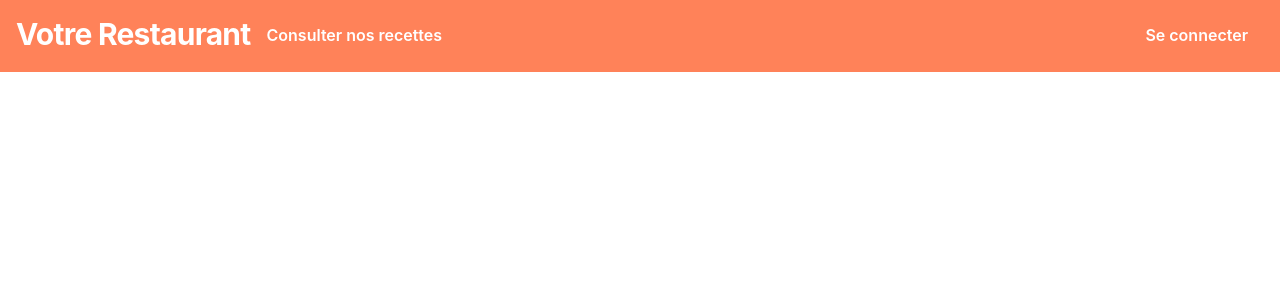
Repository: Ecaron76/tp-restau-next
Page: /
An editor plug-in stored every save of this project. The page is shown before and after the next save, followed by the edit.
The browser window is 1280 px wide. The pictures show the whole page.
The project was rebuilt for these pictures with package versions that can differ from the ones it lists, and the page was loaded fresh each time. The framework's server and built-in components were replaced by stand-ins that run in the browser. Also part of the build but not shown: next.config.mjs.

Above is the page before, as saved 2024-02-25 18:09:27.

### src/app/layout.tsx
'use client'

import { Inter } from "next/font/google";
import "./globals.css";
import { ChakraProvider, extendTheme  } from '@chakra-ui/react'
import Header from "@/components/Header/Header";
const theme = extendTheme({
  colors: {
    brand: {
      50: '#ffeee6',
      100: '#ffc7b7',
      200: '#ffa788',
      300: '#ff8259',
      400: '#ff5b29',
      500: '#ff3300',
      600: '#cc2900',
      700: '#991f00',
      800: '#661600',
      900: '#330c00',
    },
  },
});



export function Providers({ children }: { children: React.ReactNode }) {
  return <ChakraProvider theme={theme}>{children}</ChakraProvider>
}

export default function RootLayout({
  children,
}: Readonly<{
  children: React.ReactNode;
}>) {
  return (
    <html lang="en">
      <body>
        <Providers>{children}</Providers>
      </body>
    </html>
  );
}

### src/app/page.tsx
import Image from "next/image";

import Header from "@/components/Header/Header";

export default function Home() {
  return (
    <main >
      <Header />
    </main>
  );
}

### src/app/globals.css
:root {
  --max-width: 1100px;
  --border-radius: 12px;
  --font-mono: ui-monospace, Menlo, Monaco, "Cascadia Mono", "Segoe UI Mono",
    "Roboto Mono", "Oxygen Mono", "Ubuntu Monospace", "Source Code Pro",
    "Fira Mono", "Droid Sans Mono", "Courier New", monospace;

  --foreground-rgb: 0, 0, 0;
  --background-start-rgb: 214, 219, 220;
  --background-end-rgb: 255, 255, 255;

  --primary-glow: conic-gradient(
    from 180deg at 50% 50%,
    #16abff33 0deg,
    #0885ff33 55deg,
    #54d6ff33 120deg,
    #0071ff33 160deg,
    transparent 360deg
  );
  --secondary-glow: radial-gradient(
    rgba(255, 255, 255, 1),
    rgba(255, 255, 255, 0)
  );

  --tile-start-rgb: 239, 245, 249;
  --tile-end-rgb: 228, 232, 233;
  --tile-border: conic-gradient(
    #00000080,
    #00000040,
    #00000030,
    #00000020,
    #00000010,
    #00000010,
    #00000080
  );

  --callout-rgb: 238, 240, 241;
  --callout-border-rgb: 172, 175, 176;
  --card-rgb: 180, 185, 188;
  --card-border-rgb: 131, 134, 135;
}

@media (prefers-color-scheme: dark) {
  :root {
    --foreground-rgb: 255, 255, 255;
    --background-start-rgb: 0, 0, 0;
    --background-end-rgb: 0, 0, 0;

    --primary-glow: radial-gradient(rgba(1, 65, 255, 0.4), rgba(1, 65, 255, 0));
    --secondary-glow: linear-gradient(
      to bottom right,
      rgba(1, 65, 255, 0),
      rgba(1, 65, 255, 0),
      rgba(1, 65, 255, 0.3)
    );

    --tile-start-rgb: 2, 13, 46;
    --tile-end-rgb: 2, 5, 19;
    --tile-border: conic-gradient(
      #ffffff80,
      #ffffff40,
      #ffffff30,
      #ffffff20,
      #ffffff10,
      #ffffff10,
      #ffffff80
    );

    --callout-rgb: 20, 20, 20;
    --callout-border-rgb: 108, 108, 108;
    --card-rgb: 100, 100, 100;
    --card-border-rgb: 200, 200, 200;
  }
}

* {
  box-sizing: border-box;
  padding: 0;
  margin: 0;
}

html,
body {

  overflow-x: hidden;
}

body {
  color: rgb(var(--foreground-rgb));
  background: linear-gradient(
      to bottom,
      transparent,
      rgb(var(--background-end-rgb))
    )
    rgb(var(--background-start-rgb));
}

a {
  color: inherit;
  text-decoration: none;
}

@media (prefers-color-scheme: dark) {
  html {
    color-scheme: dark;
  }
}

### src/components/Header/Header.tsx
import { Box, Flex, Heading, Spacer, Button } from '@chakra-ui/react';
import NextLink from 'next/link'; // Pour gérer la navigation entre les pages

const Header = () => {
  return (
    <Box bg="brand.300" p={4} color="white">
      <Flex alignItems="center" maxW="100%"  justifyContent='space-between'>
        {/* Logo ou Nom du restaurant */}
        <Box display={'flex'}>
        <Heading as="h1" size="lg" letterSpacing="tight">
          <NextLink href="/" passHref>
              Votre Restaurant
          </NextLink>
        </Heading>
        <Box>
          <NextLink href="/recettes" passHref>
            <Button  variant="ghost" color={'white'}>
              Consulter nos recettes
            </Button>
          </NextLink>
        </Box>
        </Box>
        <Box>
          <NextLink href="/login" passHref>
            <Button  variant="ghost" color={'white'}>
              Se connecter
            </Button>
          </NextLink>
        </Box>
      </Flex>
    </Box>
  );
};

export default Header;

After the next save:
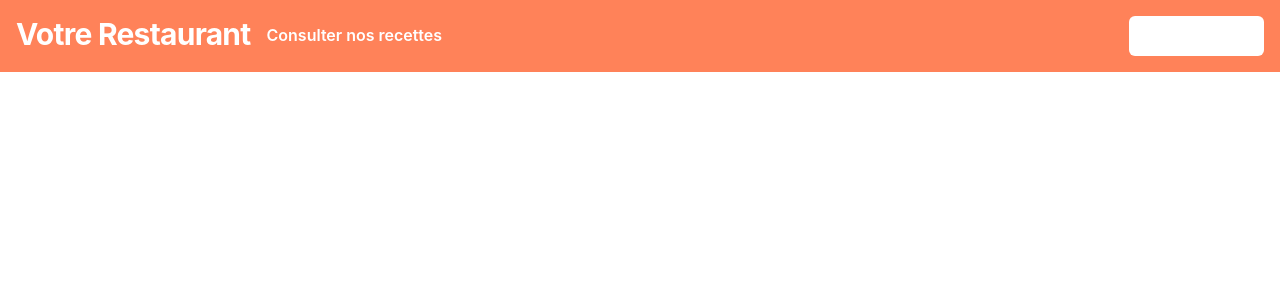
Saved 33 s later.
--- a/src/components/Header/Header.tsx
+++ b/src/components/Header/Header.tsx
@@ -22,7 +22,7 @@ const Header = () => {
         </Box>
         <Box>
           <NextLink href="/login" passHref>
-            <Button  variant="ghost" color={'white'}>
+            <Button  variant="ghost" color={'white'} bg={'white'}>
               Se connecter
             </Button>
           </NextLink>
